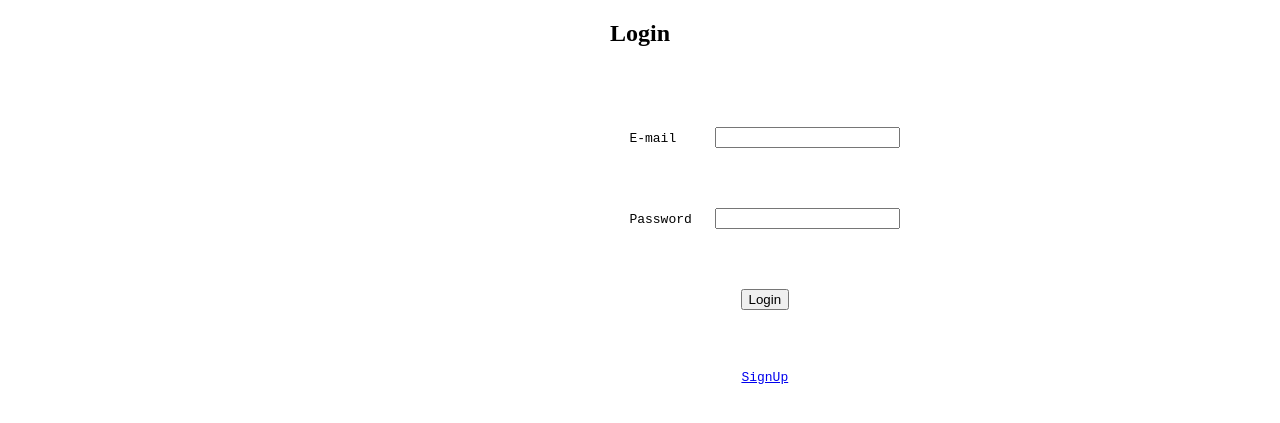
Repository: adiganaveen/Servlets
Page: LoginRegistrationApp/WebContent/login.html
The author's editor kept a copy of each file at every save. The page is drawn from the files as they stood at one save, then again after the next save.
The browser window is 1280 px wide. The pictures show the whole page.

Above is the page before, as saved 2019-01-22 09:39:36.

After the next save:
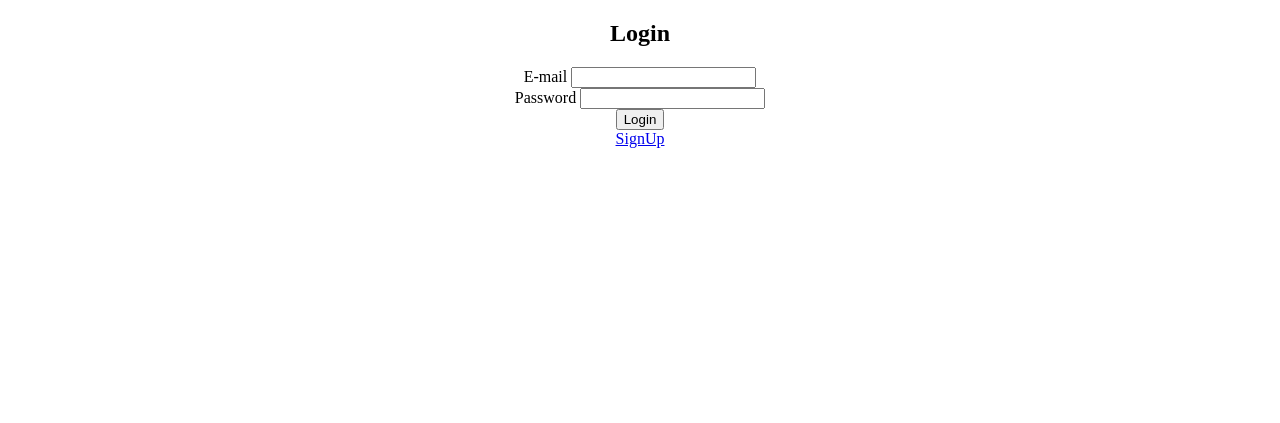
Saved 31 s later.
--- a/LoginRegistrationApp/WebContent/login.html
+++ b/LoginRegistrationApp/WebContent/login.html
@@ -9,7 +9,6 @@
 		<h2>
 			<center>Login</center>
 		</h2>
-		<pre>
 		<div align="center">
 			<div>
 				<label>E-mail    </label> <input type="text" name="email" required>
@@ -24,8 +23,6 @@
 			<div>
 				<a href="registration.html">SignUp</a>
 			</div>
-
-		</pre>
 		</div>
 	</form>
 </body>
